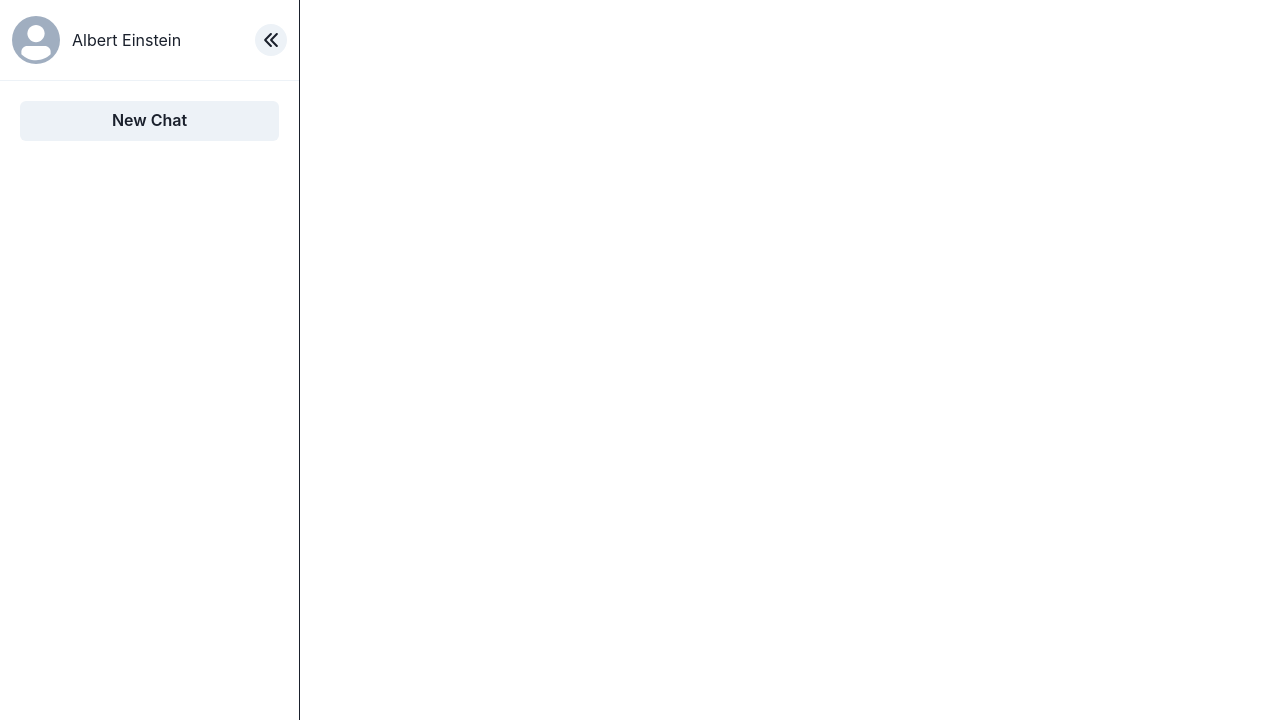
Repository: Siva20021/chat-app
Page: /
An editor plug-in stored every save of this project. The page is shown before and after the next save, followed by the edit.
The browser window is 1280 px wide. The pictures show the whole page.
The project was rebuilt for these pictures with package versions that can differ from the ones it lists, and the page was loaded fresh each time. The framework's server and built-in components were replaced by stand-ins that run in the browser. Also part of the build but not shown: next.config.js, components/Login.js.

Above is the page before, as saved 2022-06-05 12:11:34.

### pages/_app.js
import { ChakraProvider } from "@chakra-ui/react"
import Login from "../components/Login"
import Sidebar from "../components/Sidebar"


function MyApp({ Component, pageProps }) {
  //return <Component {...pageProps} />
  return(
    <ChakraProvider>
      <Sidebar/>
    </ChakraProvider>
  )
}

export default MyApp

### pages/index.js
import Head from 'next/head'


export default function Home() {
  return (
    <div>
      <Head>
        <title>Create Next App</title>
        <meta name="description" content="Generated by create next app" />
        <link rel="icon" href="/favicon.ico" />
      </Head>
    </div>
  )
}

### components/Sidebar.js
import { ArrowLeftIcon } from '@chakra-ui/icons'
import { Avatar, Button, Flex, IconButton, Text } from '@chakra-ui/react'
import React from 'react'
const Chat=()=>{
    return(
        <Avatar src="" />
    )
}
export default function Sidebar() {
  return (
    <Flex
        //bg="blue.100"
        w="300px"
        h="100vh"
        borderEnd="1px solid"
        borderColors="gray.200"
        direction="column"
    >
        <Flex
            //bg="red.100"
            h="81px" w="100%"
            align="center"
            justifyContent="space-between"
            borderBottom="1px solid" borderColor="gray.100"
            p={3}

        >
            <Flex align="center">
                <Avatar src="" marginEnd={3} />
                <Text>Albert Einstein</Text>
            </Flex>

            <IconButton size="sm" isRound icon={<ArrowLeftIcon/>}/>
        </Flex>
        <Button m={5} p={4}>New Chat</Button>

    </Flex>
  )
}

After the next save:
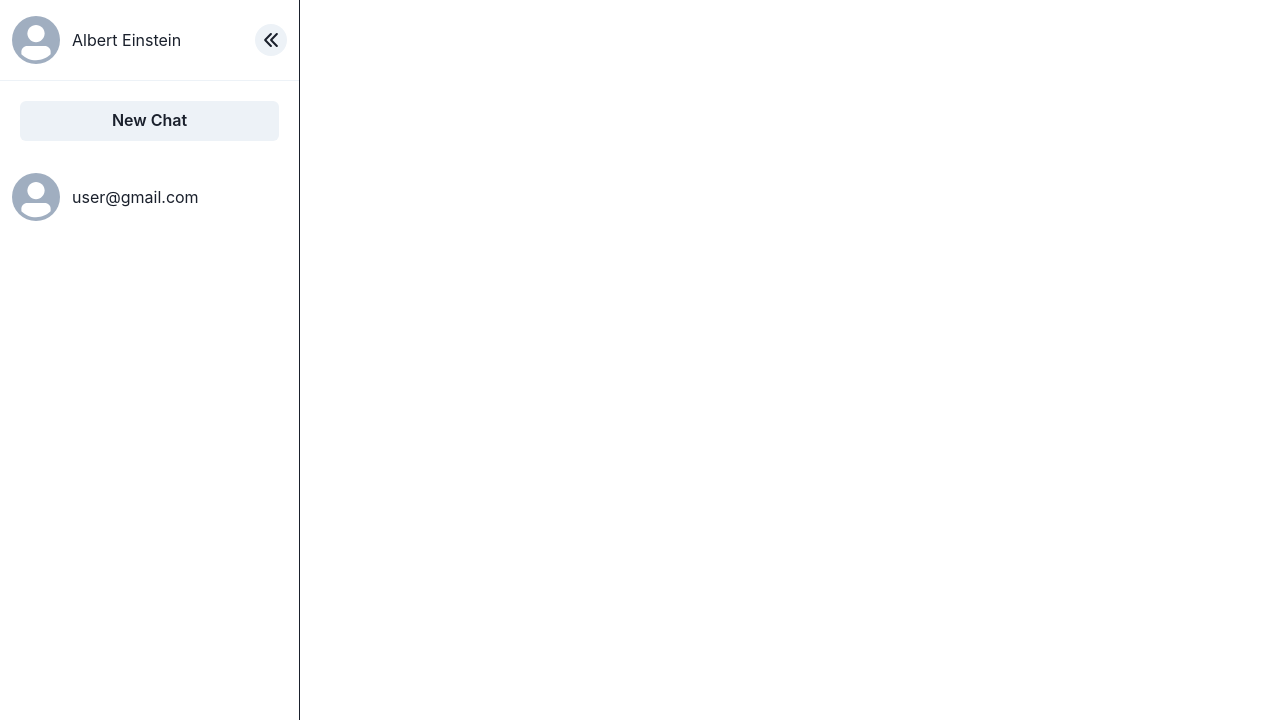
Saved 15 s later.
--- a/components/Sidebar.js
+++ b/components/Sidebar.js
@@ -1,11 +1,7 @@
 import { ArrowLeftIcon } from '@chakra-ui/icons'
 import { Avatar, Button, Flex, IconButton, Text } from '@chakra-ui/react'
 import React from 'react'
-const Chat=()=>{
-    return(
-        <Avatar src="" />
-    )
-}
+
 export default function Sidebar() {
   return (
     <Flex
@@ -33,7 +29,10 @@
             <IconButton size="sm" isRound icon={<ArrowLeftIcon/>}/>
         </Flex>
         <Button m={5} p={4}>New Chat</Button>
-
+        <Flex p={3} align="center" _hover={{bg:"gray.100",cursor:"pointer"}}>
+            <Avatar src="" marginEnd={3}/>
+            <Text>user@gmail.com</Text>
+        </Flex>
     </Flex>
   )
 }

After the save that followed:
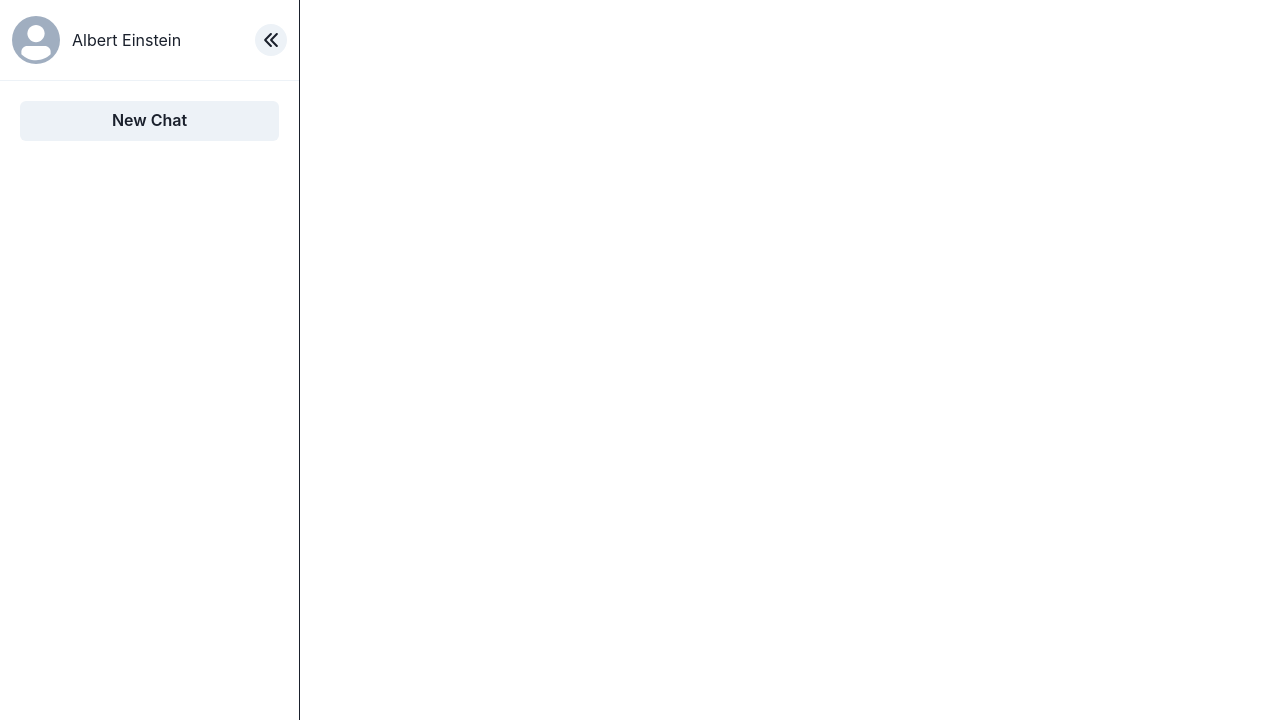
Saved 12 s later.
--- a/components/Sidebar.js
+++ b/components/Sidebar.js
@@ -29,10 +29,7 @@
             <IconButton size="sm" isRound icon={<ArrowLeftIcon/>}/>
         </Flex>
         <Button m={5} p={4}>New Chat</Button>
-        <Flex p={3} align="center" _hover={{bg:"gray.100",cursor:"pointer"}}>
-            <Avatar src="" marginEnd={3}/>
-            <Text>user@gmail.com</Text>
-        </Flex>
+
     </Flex>
   )
 }
